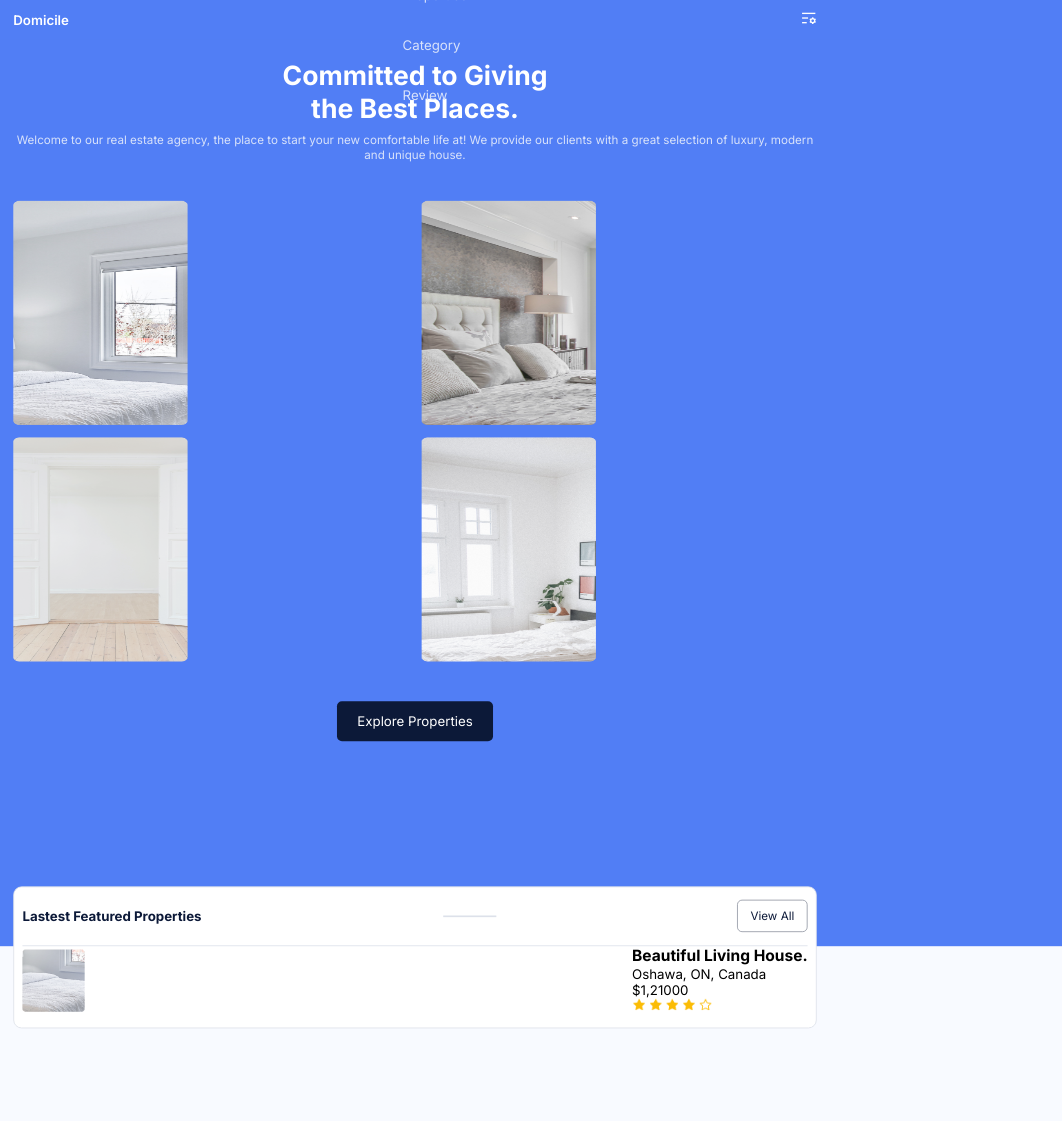
Repository: haokiet2501/domicile-real-estate
Page: index.html
An editor plug-in stored every save of this project. The page is shown before and after the next save, followed by the edit.
The browser window is 1280 px wide. The pictures show the whole page, at 83% of full size.
The style sheet was rebuilt from its Sass, Less or Tailwind sources for each picture, by a compiler version that may differ from the author's.

Above is the page before, as saved 2022-06-11 16:09:02.

### index.html
<!DOCTYPE html>
<html lang="en">
<head>
    <meta charset="UTF-8">
    <meta http-equiv="X-UA-Compatible" content="IE=edge">
    <meta name="viewport" content="width=device-width, initial-scale=1.0">
    <link href="https://cdn.jsdelivr.net/npm/remixicon@2.5.0/fonts/remixicon.css" rel="stylesheet">
    <link rel="stylesheet" href="sass/css/styles.css">
    <title>Real Estate Website - Domicile</title>
</head>
<body>
    <header class="header" id="header">
        <nav class="nav container">
            <a href="#" class="nav__logo">Domicile</a>

            <div class="nav__menu" id="nav-menu">
                <ul class="nav__list">
                    <li class="nav__item">
                        <a href="#" class="nav__link active-link">Home</a>
                    </li>
                    <li class="nav__item">
                        <a href="#" class="nav__link">Properties</a>
                    </li>
                    <li class="nav__item">
                        <a href="#" class="nav__link">Category</a>
                    </li>
                    <li class="nav__item">
                        <a href="#" class="nav__link">Review</a>
                    </li>
                </ul>

                <i class="ri-close-line nav__close" id="nav-close"></i>
            </div>

            <div class="nav__toggle" id="nav-toggle">
                <i class="ri-list-settings-line"></i>
            </div>
        </nav>
    </header>

    <main class="main">
        <section class="home section" id="home">
            <div class="home__container container grid">
                <div class="home__data">
                    <h1 class="home__data-subtitle">
                        Committed to Giving<br>the Best Places.
                    </h1>
                    <p class="home__data-title">
                        Welcome to our real estate agency, the place to start your new comfortable life at! We provide our clients with a great selection of luxury, modern and unique house.
                    </p>
                </div>

                <div class="home__images">
                    <img src="imgs/hero-one.png" alt="">
                    <img src="imgs/hero-two.png" alt="">
                    <img src="imgs/hero-three.png" alt="">
                    <img src="imgs/hero-four.png" alt="">
                </div>

                <div class="home__button">
                    <a href="#" class="button">Explore Properties</a>
                </div>
            </div>
        </section>

        <section class="futured" id="futured">
            <div class="futured__container container">
                <div class="futured__properties">
                    <div class="futured__properties-content">
                        Lastest Featured Properties
                    </div>
                    <div class="futured__properties-line"></div>
                    <div class="futured__properties-button">View All</div>
                </div>

                <div class="futured__card">
                    <img class="futured__card-img" src="imgs/future.png" alt="">
                    <div class="futured__card-layouts">
                        <div class="futured__card-text">
                            <h3>Beautiful Living House.</h3>
                            <p>Oshawa, ON, Canada</p>
                        </div>
                        <div class="futured__card-price">
                            <p>$1,21000</p>
                            <img src="imgs/rating.png" alt="">
                        </div>

                    </div>
                </div>
            </div>
        </section>
    </main>
    <script src="app.js"></script>
</body>
</html>

### app.js
// Show Menu
const navMenu = document.getElementById('nav-menu'),
    navToggle = document.getElementById('nav-toggle'),
    navClose = document.getElementById('nav-close');

if (navToggle) {
    navToggle.addEventListener('click', () => {
        navMenu.classList.add('show-menu');
    });
}

if(navClose) {
    navClose.addEventListener('click', () => {
        navMenu.classList.remove('show-menu');
    })
}

### sass/styles.scss
@import './base/base';
@import './main/main';

### sass/base/_base.scss
@import url('https://fonts.googleapis.com/css2?family=Inter:wght@400;500;600;700;800;900&display=swap');

* {
    margin: 0;
    padding: 0;
    box-sizing: border-box;
}

html {
    scroll-behavior: smooth;
}

body {
    font-family: 'Inter', sans-serif;
    font-style: normal;
    background: var(--color-main);
}

ul {
    list-style: none;
}

a {
    text-decoration: none;
}

img {
    max-width: 100%;
    height: auto;
}

button, input {
    border: none;
    outline: none;
}

:root {
    --header-height: 3rem;

    --color-main: #F8FAFF;
    --color-bg-header: #517EF5;
    --white-color: #FFFFFF;
    --color-nav: #D8E2FA;
    --color-footer: #0E1935;
    --color-btn: #0C1938;

    --biggest-font-size: 2.5rem;
    --medium-font-size: 2rem;
    --h1-font-size: 1.5rem;
    --h2-font-size: 1.25rem;
    --h3-font-size: 1rem;
    --normal-font-size: 0.938rem;
    --small-font-size: 0.813rem;
    --smaller-font-size: 0.75rem;

    --font-smaller: 400;
    --font-medium: 500;
    --font-semi-bold: 600;
    --font-semi-big: 700;

     /* Margin Bottom */
    --mb-0-25: 0.25rem;
    --mb-0-5: 0.5rem;
    --mb-0-75: 0.75rem;
    --mb-1: 1rem;
    --mb-1-25: 1.25rem;
    --mb-1-5: 1.5rem;
    --mb-2: 2rem;
    --mb-2-5: 2.5rem;

    --scale-hover: scale(.98);
}

@media screen and (min-width: 968px) {
    :root {
        --biggest-font-size: 4rem;
        --h1-font-size: 2.25rem;
        --h2-font-size: 1.75rem;
        --h3-font-size: 1.25rem;
        --normal-font-size: 1rem;
        --small-font-size: 0.875rem;
        --smaller-font-size: 0.813rem;
    }
}

### sass/main/_main.scss
.header {
    width: 100%;
    position: fixed;
    top: 0;
    left: 0;
    z-index: 100;
    background-color: var(--color-bg-header);
}

.main {
    overflow-x: hidden;
}

.container {
    max-width: 968px;
    margin-left: var(--mb-1);
    margin-right: var(--mb-1);
}

.grid {
    display: grid;
    gap: 1.5rem;
}

.section {
    padding: 4.5rem 0 2.5rem;
}

// NAV
.nav {
    display: flex;
    justify-content: space-between;
    align-items: center;
    height: var(--header-height);

    &__logo,
    &__toggle{
        color: var(--white-color);
    }

    &__logo {
        font-weight: var(--font-semi-bold);
    }

    &__toggle{
        font-size: 1.2rem;
        cursor: pointer;
    }

    &__menu {
        position: relative;

        @media screen and (max-width: 767px){
            position: fixed;
            background-color: var(--color-footer);
            top: 0;
            right: -100%;
            width: 70%;
            height: 100%;
            box-shadow: -1px 0 4px rgba(0, 0, 0, .15);
            padding: 3rem;
            transition: .4s;
        }
    }

    &__list {
        display: flex;
        flex-direction: column;
        row-gap: 2.5rem;
    }

    &__link {
        font-weight: var(--font-smaller);
        color: var(--color-nav);

        &:hover {
            color: var(--white-color);
            transform: var(--scale-hover);
        }
    }

    &__close {
        position: absolute;
        top: .75rem;
        right: 1rem;
        font-size: 1.5rem;
        color: var(--white-color);
        cursor: pointer;
    }
}

// Show menu
.show-menu {
    right: 0;
}

.home {
    background-color: var(--color-bg-header);
    height: calc(165vh - var(--header-height));
    &__container {
        row-gap: 3rem;
    }

    &__data {
        text-align: center;

        &-subtitle {
            color: var(--white-color);
            font-size: var(--medium-font-size);
            font-weight: var(--font-semi-big);
            margin-bottom: 10px;
        }
        &-title {
            color: var(--color-nav);
            font-weight: var(--font-smaller);
            font-size: var(--small-font-size);
        }
    }

    &__images {
        display: grid;
        gap: 15px;
        grid-template-columns: repeat(2, 1fr);

        img {
            width: 210px;
            height: 270px;
            transition: .3s ease-out;

            &:hover {
                transform: var(--scale-hover);
                transition: .3s ease-out;
            }
        }
    }

    &__button {
        display: flex;
        justify-content: center;
        align-items: center;

        .button {
            padding: 14px 24px;
            background-color: var(--color-btn);
            color: var(--white-color);
            border-radius: 6px;
            font-size: var(--normal-font-size);
            transition: .3s ease-out;

            &:hover {
                transform: var(--scale-hover);
                transition: .3s ease-out;
            }
        }
    }
}

.futured {
    position: relative;
    transform: translateY(-4.5rem);
    padding-bottom: 2.5rem;

    &__container {
        background-color: var(--white-color);
        border: 1px solid #DDE1EA;
        border-radius: 10px;
        padding: 15px 10px;
    }

    &__properties {
        display: flex;
        justify-content: space-between;
        align-items: center;
        border-bottom: 1px solid #DDE1EA;
        padding-bottom: 1rem;

        &-content {
            font-weight: var(--font-semi-big);
            color: var(--color-btn);

        }

        &-line {
            width: calc(var(--header-height) + 1rem);
            height: 1px;
            border: 1px solid #DDE1EA;
        }

        &-button {
            border: 1px solid #9398A4;
            padding: 10px 15px;
            border-radius: 6px;
            color: var(--color-btn);
            font-weight: var(--font-smaller);
            font-size: var(--small-font-size);
            transition: .3s ease-out;

            &:hover {
                transform: var(--scale-hover);
                transition: .3s ease-out;
            }
        }
    }

    &__card {
        display: flex;
        justify-content: space-between;
        align-items: center;

        &-img {
            width: 75px;
            height: 75px;
        }
    }
}

After the next save:
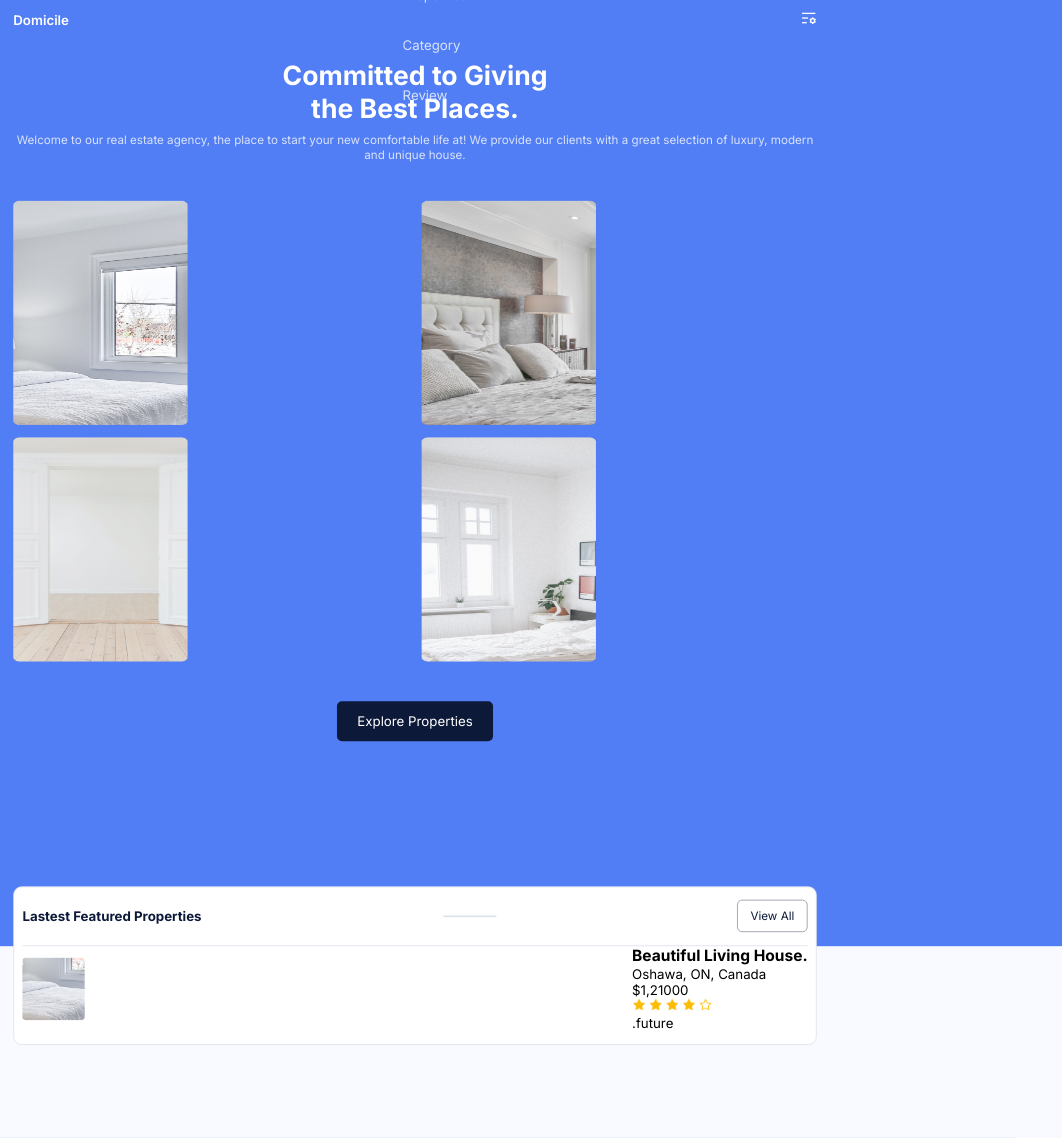
Saved 5 s later.
--- a/index.html
+++ b/index.html
@@ -84,7 +84,7 @@
                             <p>$1,21000</p>
                             <img src="imgs/rating.png" alt="">
                         </div>
-
+                        .future
                     </div>
                 </div>
             </div>
